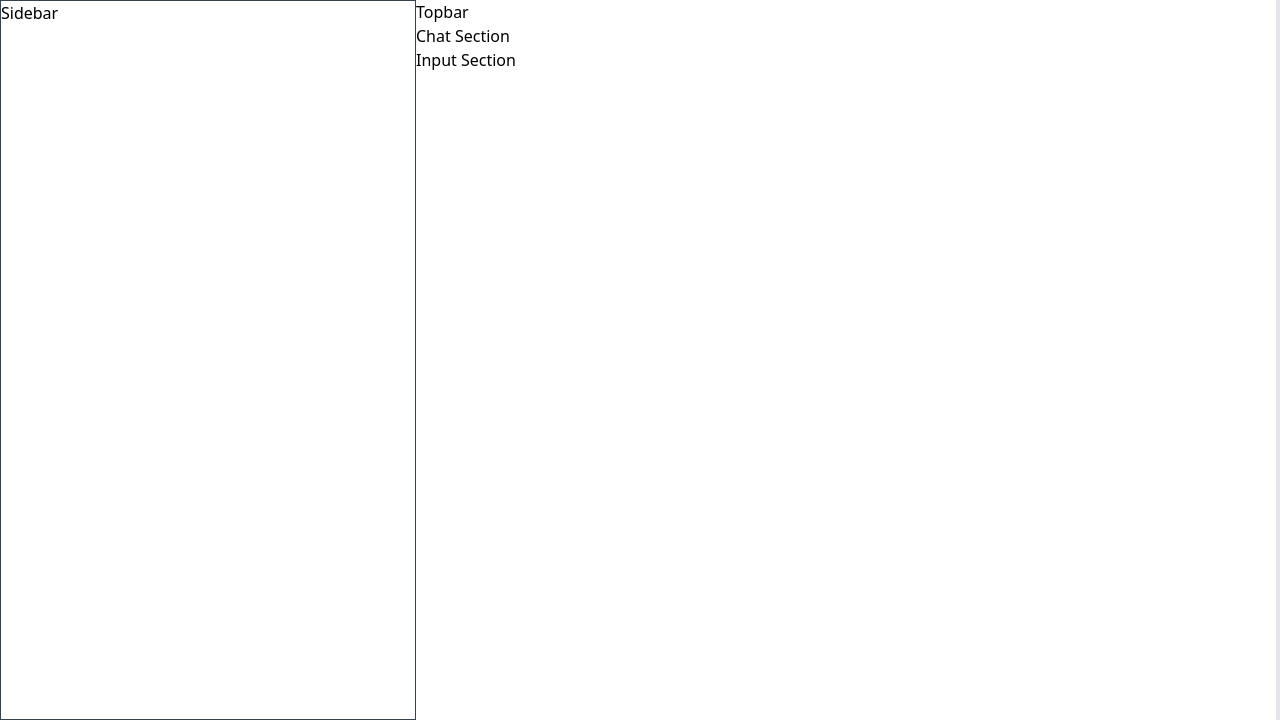
Repository: Qu4ntumGuy/telegram-clone
Page: /
These files come from the project's save history. The page is drawn as it stood at one moment and after the next save; the edit follows.
The browser window is 1280 px wide. The pictures show the whole page.
The project was rebuilt for these pictures with package versions that can differ from the ones it lists, and the page was loaded fresh each time. Also part of the build but not shown: src/Utils/ContextProvider.js.

Above is the page before, as saved 2024-07-15 11:01:07.

### src/App.js
import { Routes, BowserRouter, Route } from "react-router-dom";
import Sidebar from "./Components/Sidebar";
import Home from "./Pages/Home/Home";

function App() {
  return (
    <div className="flex max-w-[105rem] mx-auto">
      <Sidebar />

      <Home />
    </div>
  );
}

export default App;

### src/Components/Sidebar.js
import React from "react";
import { useComponentContext } from "../Utils/ContextProvider";

function Sidebar() {
  const context = useComponentContext();
  return (
    <div className="min-w-[26rem] border border-gray-700 h-screen">Sidebar</div>
  );
}

export default Sidebar;

### src/Pages/Home/Home.js
import React from "react";

function Home() {
  return (
    <div className="flex flex-col justify-center h-screen border-r-4 w-full">
      <div className="top-0 mb-auto">Topbar</div>
      <div className="h-full">
        <div className="">Chat Section</div>
        <div className="bottom-0 mt-auto">Input Section</div>
      </div>
    </div>
  );
}

export default Home;

Loaded but not shown: public/index.html (common file); src/index.js (common file); src/index.css (common file); src/reportWebVitals.js (common file); tailwind.config.js (common file)

After the next save:
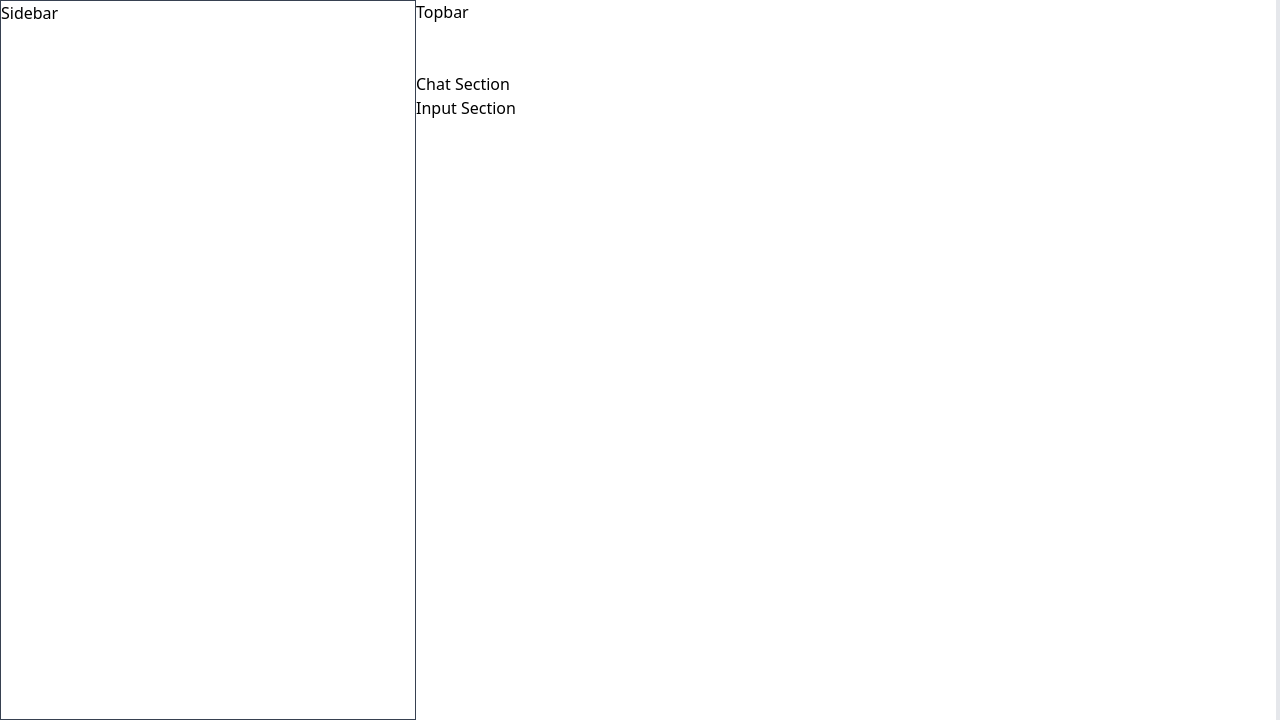
Saved 49 s later.
--- a/src/Pages/Home/Home.js
+++ b/src/Pages/Home/Home.js
@@ -3,7 +3,7 @@ import React from "react";
 function Home() {
   return (
     <div className="flex flex-col justify-center h-screen border-r-4 w-full">
-      <div className="top-0 mb-auto">Topbar</div>
+      <div className="top-0 mb-auto h-20">Topbar</div>
       <div className="h-full">
         <div className="">Chat Section</div>
         <div className="bottom-0 mt-auto">Input Section</div>
